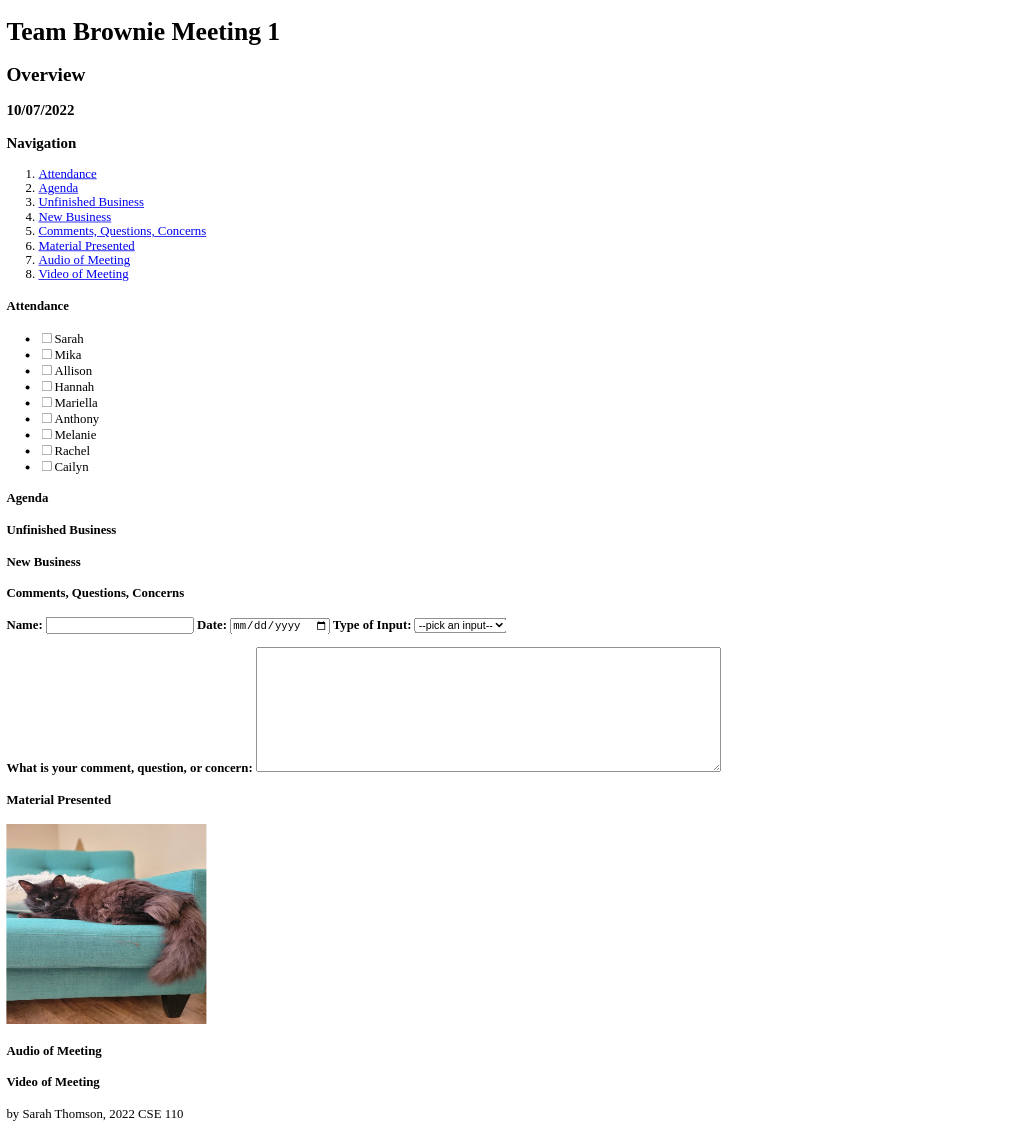
Repository: sarahtthomson/fa22-cse110-lab3
Page: index.html
An editor plug-in stored every save of this project. The page is shown before and after the next save, followed by the edit.
The browser window is 1280 px wide. The pictures show the whole page, at 80% of full size.

Above is the page before, as saved 2022-10-08 18:08:38.

After the next save:
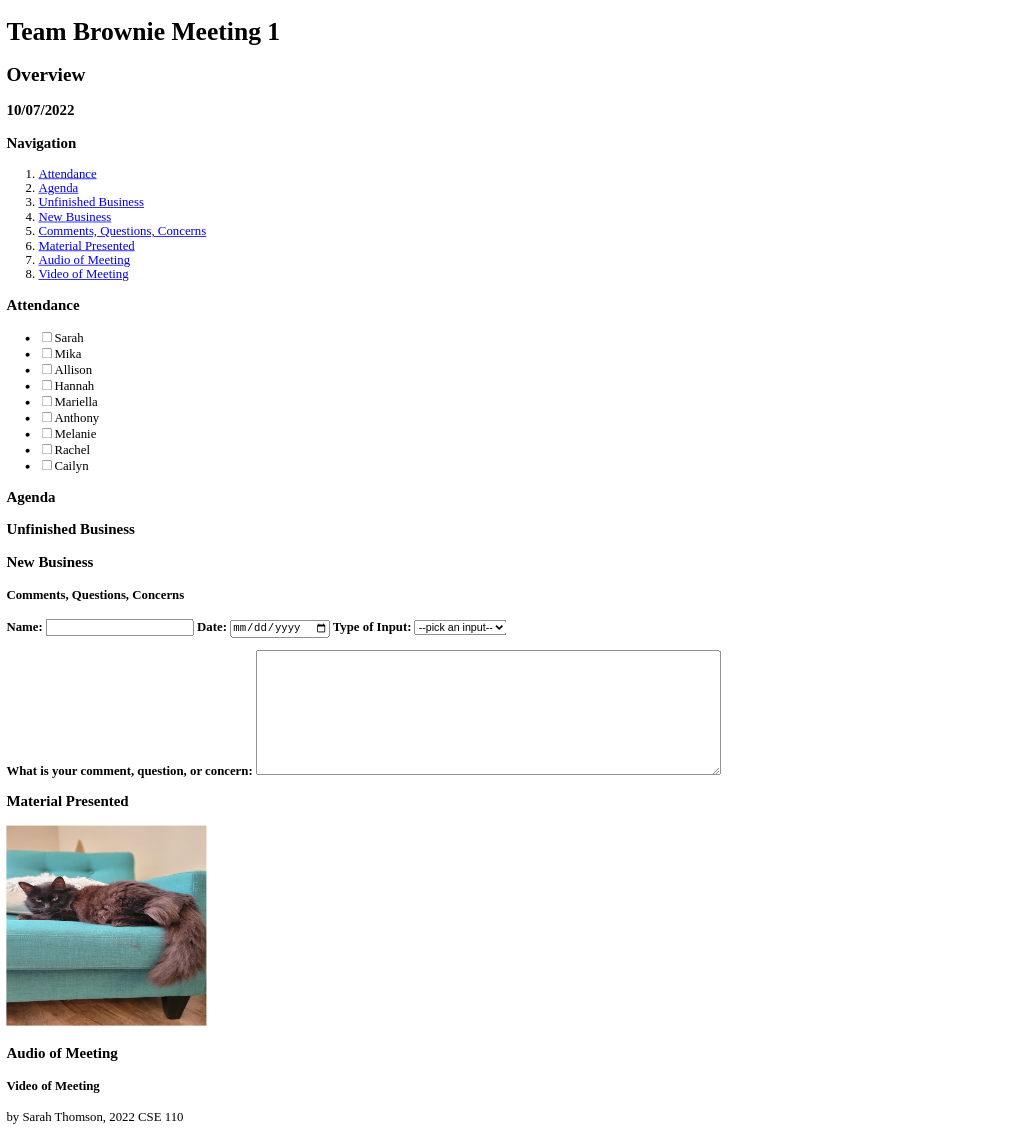
Saved 49 s later.
--- a/index.html
+++ b/index.html
@@ -26,7 +26,7 @@
                 </ol>
             </nav>
             <div class="Attendance" id="Attendance">
-                <h4>Attendance</h4>
+                <h3>Attendance</h3>
                 <ul>
                     <li><input type="checkbox">Sarah</li>
                     <li><input type="checkbox">Mika</li>
@@ -40,14 +40,14 @@
                 </ul>
             </div>
             <div class="Agenda" id="Agenda">
-                <h4>Agenda</h4>
+                <h3>Agenda</h3>
 
             </div>
             <div class="Unfinished" id="Unfinished">
-                <h4>Unfinished Business</h4>
+                <h3>Unfinished Business</h3>
             </div>
             <div class="New" id="New">
-                <h4>New Business</h4>
+                <h3>New Business</h3>
             </div>
             <div class="Comments" id="Comments">
                 <h4>Comments, Questions, Concerns</h4>
@@ -69,11 +69,11 @@
                 </form>
             </div>
             <div class="Material" id="Material">
-                <h4>Material Presented</h4>
+                <h3>Material Presented</h3>
                 <img height="250" width="250" src="cat.jpg">
             </div>
             <div class="Audio" id="Audio">
-                <h4>Audio of Meeting</h4>
+                <h3>Audio of Meeting</h3>
             </div>
             <div class="Video" id="Video">
                 <h4>Video of Meeting</h4>
